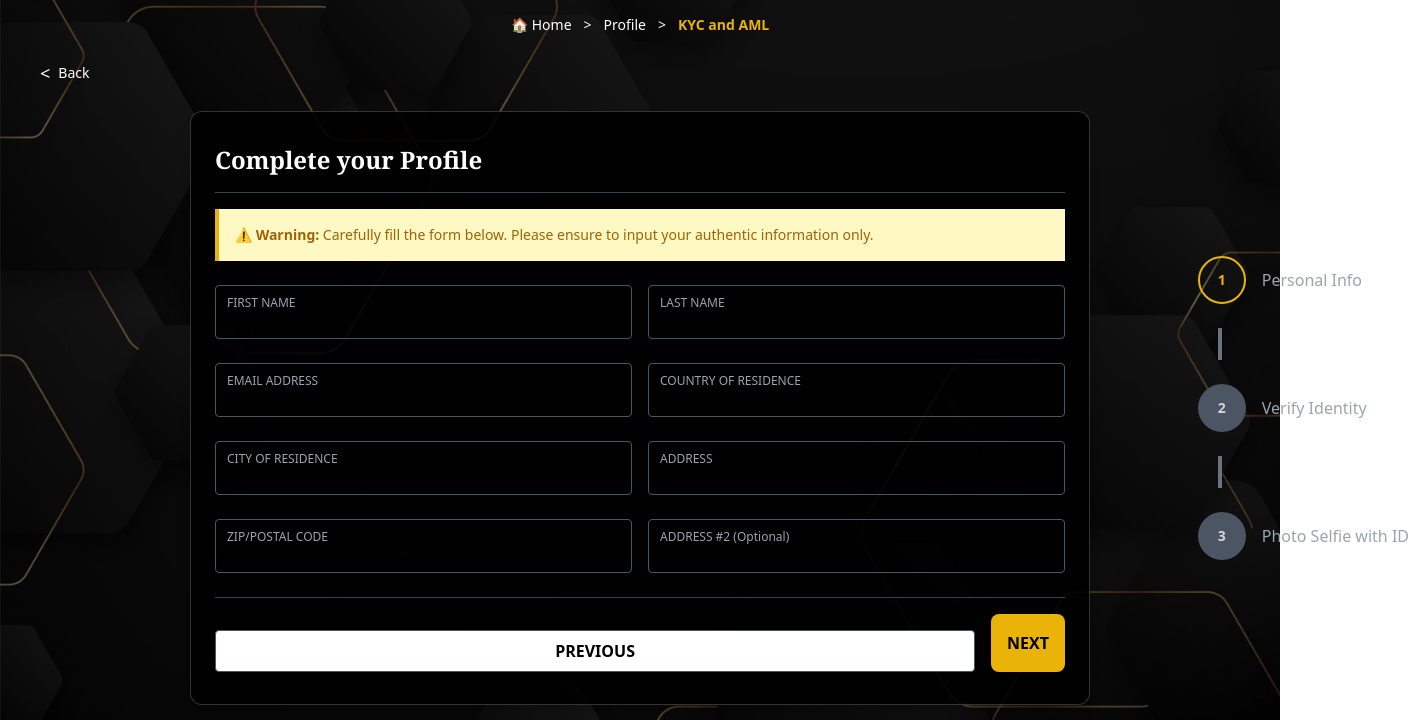
Repository: gloriousnetworker/onestep-authentication-system
Page: /kyc-setup
The author's editor kept a copy of each file at every save. The page is drawn from the files as they stood at one save, then again after the next save.
The browser window is 1280 px wide. The page is 1409 px wide, so the pictures cover 1409 px, including what lies to the right of the window. The pictures show the whole page.
The project was rebuilt for these pictures with package versions that can differ from the ones it lists, and the page was loaded fresh each time. Also part of the build but not shown: vite.config.js, src/pages/LoginPage.jsx, src/pages/SignupPage.jsx, src/pages/GrantAccess.jsx, src/pages/GrantAccessSignup.jsx, src/pages/OTPVerificationPage.jsx, src/pages/OTPVerificationSignup.jsx, src/pages/AccountSetupPage.jsx and 7 more.

Above is the page before, as saved 2025-01-17 14:51:46.

After the next save:
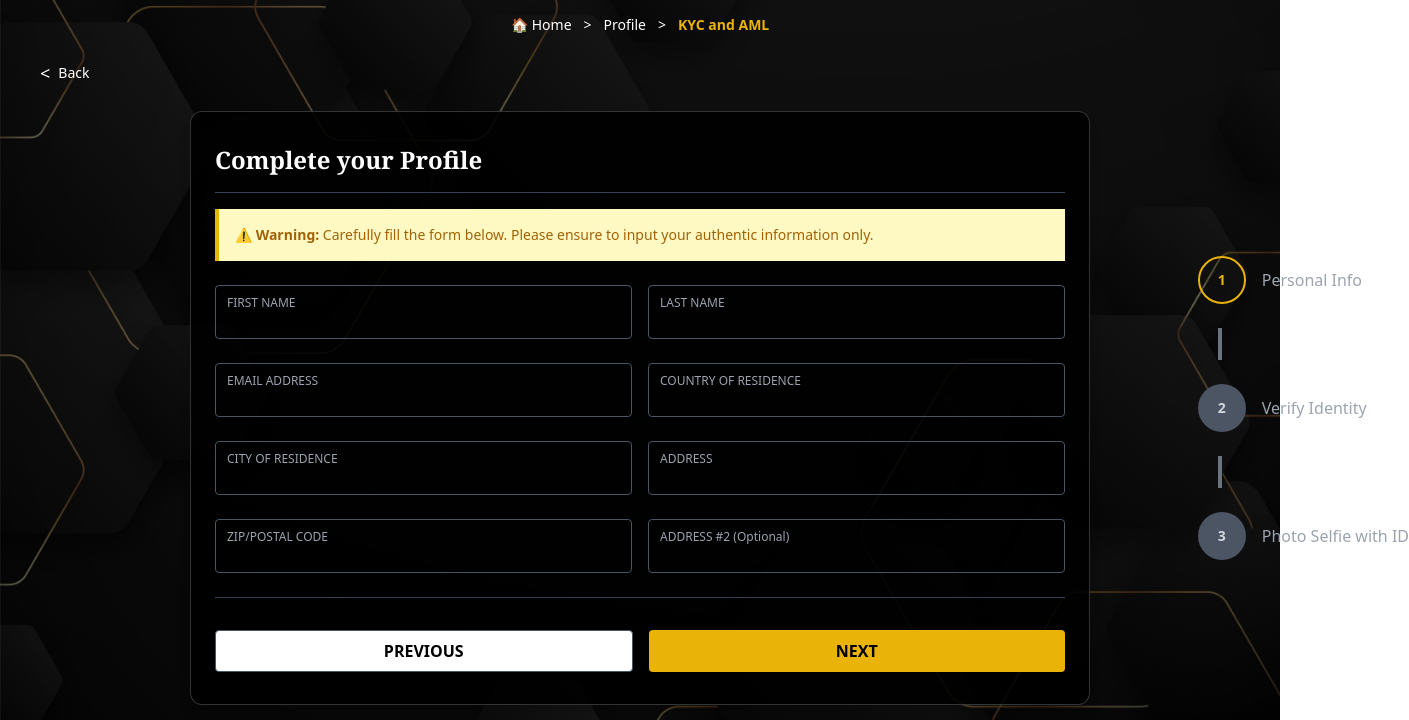
Saved 18 s later.
--- a/src/pages/KYCSetupPage.jsx
+++ b/src/pages/KYCSetupPage.jsx
@@ -303,7 +303,7 @@ const KYCAmlSetupPage = () => {
           </button>
           <button
               type="submit"
-              className="bg-yellow-500 text-black font-semibold py-2 px-4 rounded-lg shadow-md hover:bg-yellow-600 focus:outline-none focus:ring-2 focus:ring-yellow-500 focus:ring-opacity-50"
+              className="bg-yellow-500 hover:bg-yellow-600 text-black font-semibold w-full py-2 rounded mt-4"
             >
               {isLoading ? "Submitting..." : "NEXT"}
             </button>
